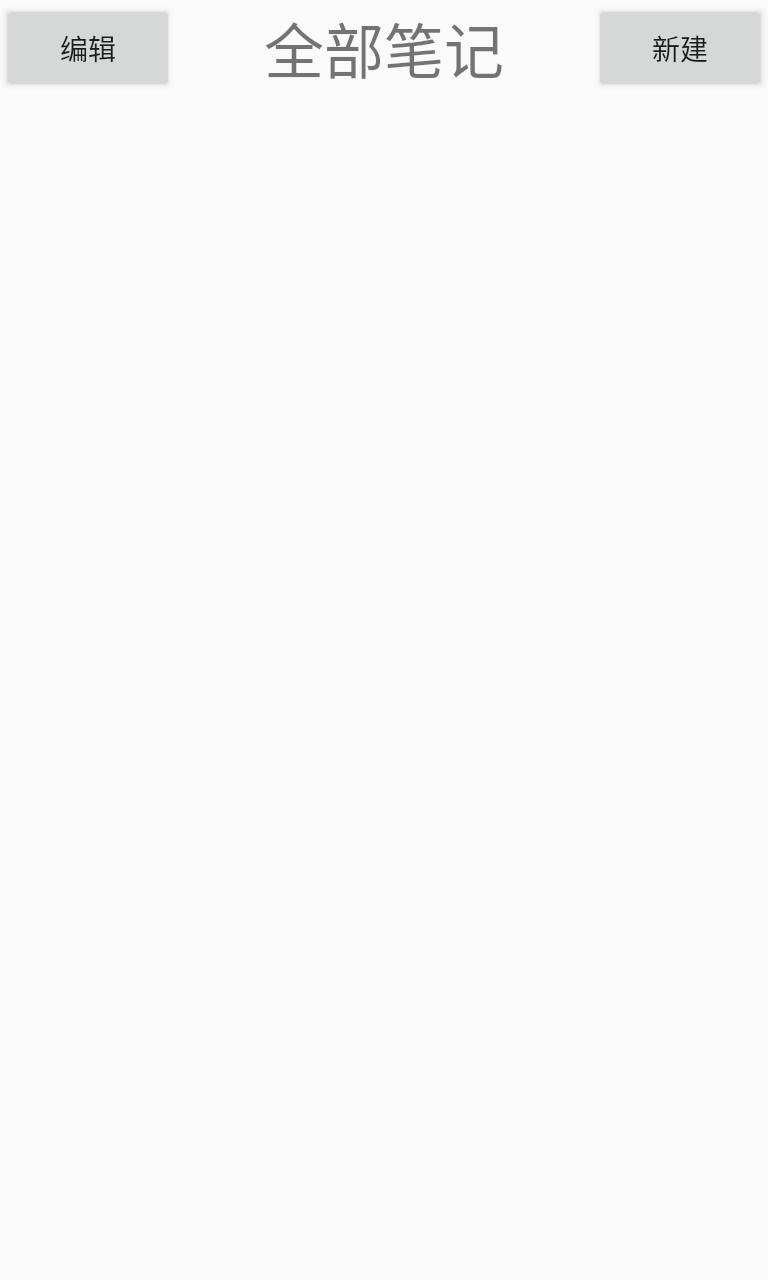
Repository: mxfpaul/Test
Layout: Note/MyNote2/res/layout/home.xml
An editor plug-in stored every save of this project. The layout is shown before and after the next save, followed by the edit.
It is drawn on a 768 x 1280 px phone screen (xhdpi) without system bars, with theme AppTheme; the app's code is not run. Lists and similar views that code fills are empty.

Above is the layout before, as saved 2014-11-23 07:16:56.

After the next save:
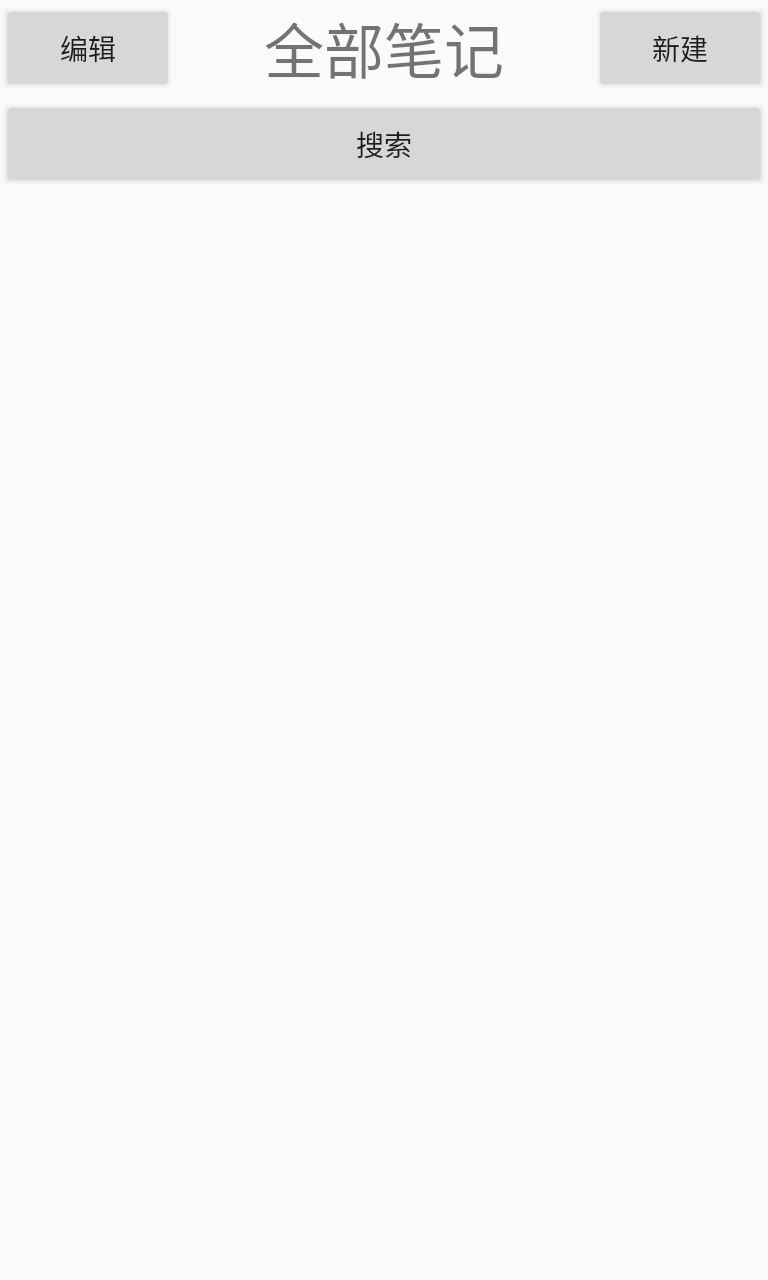
Saved 37 s later.
--- a/Note/MyNote2/res/layout/home.xml
+++ b/Note/MyNote2/res/layout/home.xml
@@ -35,7 +35,7 @@
     <ListView
         android:id="@+id/home_listview_1"
         android:layout_width="match_parent"
-        android:layout_height="fill_parent" >
+        android:layout_height="wrap_content" >
     </ListView>
 
     <Button

After the 4 saves that followed:
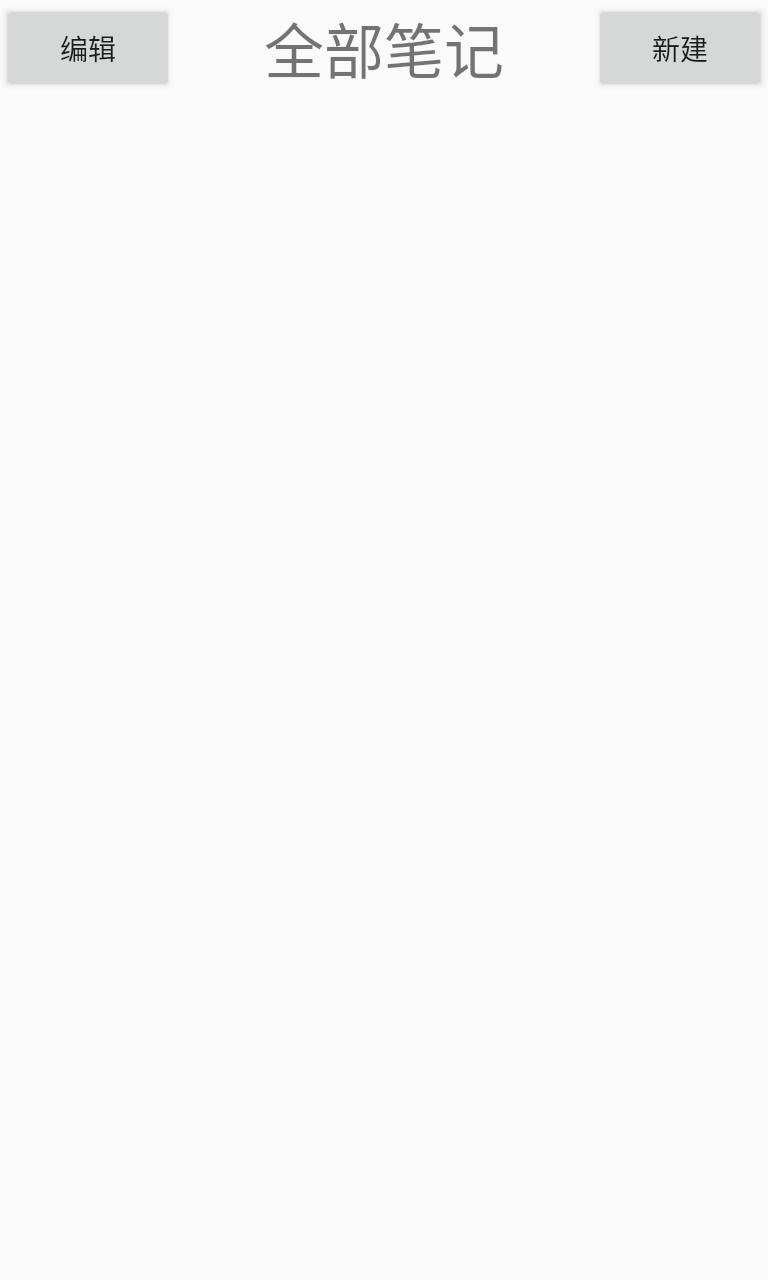
The 4 saves are shown as one change because 3 left the picture as it was.
The last was saved 4 min 0 s later.
--- a/Note/MyNote2/res/layout/home.xml
+++ b/Note/MyNote2/res/layout/home.xml
@@ -32,16 +32,20 @@
             android:text="@string/home_button_text2" />
     </LinearLayout>
 
-    <ListView
-        android:id="@+id/home_listview_1"
-        android:layout_width="match_parent"
-        android:layout_height="wrap_content" >
-    </ListView>
-
     <Button
         android:id="@+id/home_button_search"
         android:layout_width="match_parent"
         android:layout_height="wrap_content"
-        android:text="@string/home_button_text3" />
+        android:text="@string/home_button_text3"
+        android:visibility="invisible"
+         />
+
+    <ListView
+        android:id="@+id/home_listview_1"
+        android:layout_width="match_parent"
+        android:layout_height="fill_parent" >
+    </ListView>
+
+
 
 </LinearLayout>
